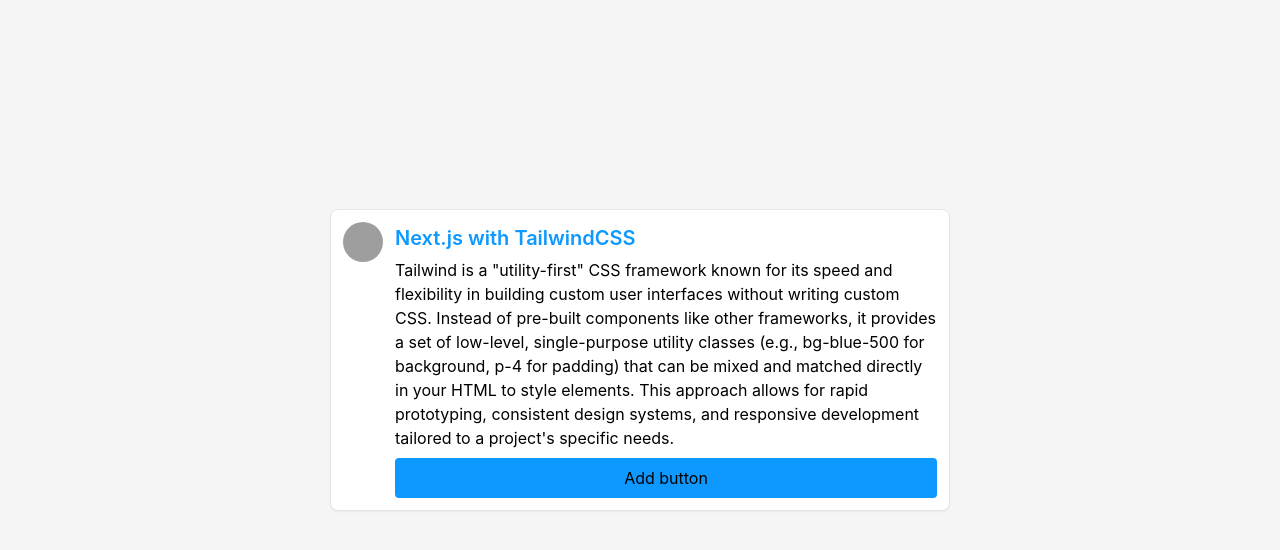
Repository: vignesh33654/resizablesidebar
Page: /
The author's editor kept a copy of each file at every save. The page is drawn from the files as they stood at one save, then again after a run of saves.
The browser window is 1280 px wide. The pictures show the whole page.
The project was rebuilt for these pictures with package versions that can differ from the ones it lists, and the page was loaded fresh each time.

Above is the page before, as saved 2025-11-11 10:07:21.

### index.html
<!doctype html>
<html lang="en">
  <head>
    <meta charset="UTF-8" />
    <link rel="icon" type="image/svg+xml" href="/vite.svg" />
    <meta name="viewport" content="width=device-width, initial-scale=1.0" />
    <title>ai-app</title>
  </head>
  <body>
    <div id="root"></div>
    <script type="module" src="/src/main.tsx"></script>
  </body>
</html>

### src/index.css
@import "tailwindcss";

@theme {

  --color-text-Primary: #37352f;
  --color-text-Secondary: #898986;
  --color-text-Tertiary: #acaba9;
  --color-text-Disabled: #d5d5d4;
  --color-text-white: #ffffff;

  /* Border Colors */
  --color-border-Primary: #e6e6e6;

  /* Background Colors */
  --color-Bg-0: #ffffff;
  --color-Bg-1: #f5f5f5;
  --color-Bg-2: #f1f0f1;

  /* Primitive Colors */
  --color-color-primary: #0d99ff;
  --color-color-success: #14ae5c;
  --color-color-failure: #f24822;
  --color-color-warning: #ffcd29;

  /* Font Sizes */
  --font-size-h1: 30px;
  --font-size-h2: 24px;
  --font-size-h3: 20px;
  --font-size-body-16: 16px;
  --font-size-body-14: 14px;
  --font-size-body-13: 13px;
  --font-size-small-12: 12px;
  --font-size-small-11: 11px;
  --font-size-small-10: 10px;

  /* Line Heights */
  --line-height-h1: 40px;
  --line-height-h2: 32px;
  --line-height-h3: 32px;
  --line-height-body: 24px;
  --line-height-small: 16px;

  /* Shadows */
  --shadow-sm: 0 1px 2px #0000000d;
  --shadow-md: 0 4px 6px #0000001a;
  --shadow-lg: 0 10px 15px #00000026;

}

/* default css styles */
:root {
  font-family: inter, system-ui;
  background-color: #ffffff;

  font-synthesis: none;
  text-rendering: optimizeLegibility;
  -webkit-font-smoothing: antialiased;
  -moz-osx-font-smoothing: grayscale;

   h1 {
    font-size: var(--font-size-h1);
    line-height: var(--line-height-h1);
    letter-spacing: -2.1%;
    font-weight: 600;
  }

  h2 {
    font-size: var(--font-size-h2);
    line-height: var(--line-height-h2);
    letter-spacing: -1.9%;
    font-weight: 600;
  }

  h3 {
    font-size: var(--font-size-h3);
    line-height: var(--line-height-h3);
    letter-spacing: -1.7%;
    font-weight: 600;
  }

  p {
    font-size: var(--font-size-body-16);
    line-height: var(--line-height-body);
    letter-spacing: -1.1%;
    font-weight: 400;
  }

  text-color {
    --primary: var(--color-text-Primary);
    --secondary: var(--color-text-Secondary);
   --tertiary: var(--color-text-Tertiary);
   --disabled: var(--color-text-Disabled);
   --white: var(--color-text-white);
  }

  bg-color {
    --bg0: var(--color-Bg-0);
    --bg1: var(--color-Bg-1);
    --bg2: var(--color-Bg-2);
  }

  primitive-color {
    --primary: var(--color-color-primary);
    --success: var(--color-color-success);
    --failure: var(--color-color-failure);
    --warning: var(--color-color-warning);
  }
  font-size {
    --h1: var(--font-size-h1);
    --h2: var(--font-size-h2);
    --h3: var(--font-size-h3);
    --body-16: var(--font-size-body-16);
    --body-14: var(--font-size-body-14);
    --body-13: var(--font-size-body-13);
    --small-12: var(--font-size-small-12);
    --small-11: var(--font-size-small-11);
    --small-10: var(--font-size-small-10);
  }

  border-color {
    --primary: var(--color-border-Primary);
  }
}

### src/App.tsx
const imgAvatar = "http://localhost:3845/assets/33bd599f3caa820c5ba115be2d1ef7b018f59693.svg";

export default function App() {
  return (
    <div className="min-h-screen bg-Bg-1 flex items-center justify-center p-8">
      <div className="bg-Bg-0 border border-border-Primary rounded-lg p-3 flex gap-3 max-w-[620px] shadow-sm">
        {/* Avatar */}
        <div className="shrink-0 w-10 h-10">
          <img
            alt="Avatar"
            className="w-full h-full rounded-full object-cover"
            src={imgAvatar}
          />
        </div>

        {/* Content */}
        <div className="flex flex-col gap-1">
          <h3 className="text-color-primary">
            Next.js with TailwindCSS
          </h3>

          <p className="text-color-secondary">
            Tailwind is a "utility-first" CSS framework known for its speed and flexibility in building custom user interfaces without writing custom CSS. Instead of pre-built components like other frameworks, it provides a set of low-level, single-purpose utility classes (e.g., bg-blue-500 for background, p-4 for padding) that can be mixed and matched directly in your HTML to style elements. This approach allows for rapid prototyping, consistent design systems, and responsive development tailored to a project's specific needs.
          </p>

          <button className="bg-color-primary text-color-white px-3 py-2 rounded text-font-size-body-14 leadingfont-normal mt-1 s">
          Add button
          </button>
        </div>
      </div>
    </div>
  )
}

Loaded but not shown: src/main.tsx (common file)

After the next 3 saves:
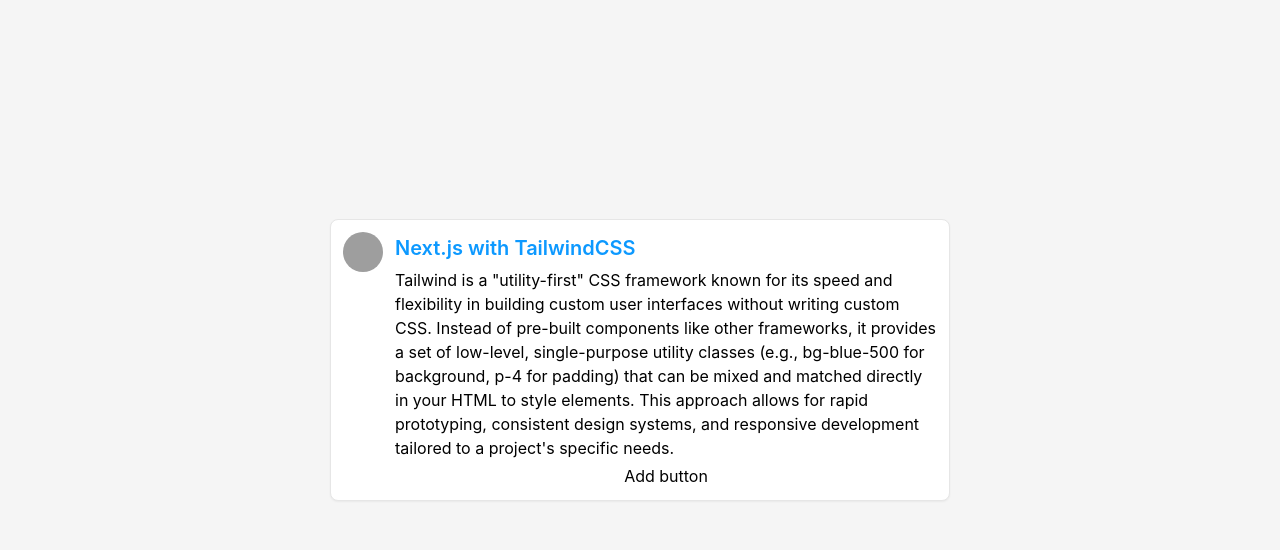
The 3 saves are shown as one change because they came seconds apart.
The last was saved 28 s later.
--- a/src/App.tsx
+++ b/src/App.tsx
@@ -23,7 +23,7 @@
             Tailwind is a "utility-first" CSS framework known for its speed and flexibility in building custom user interfaces without writing custom CSS. Instead of pre-built components like other frameworks, it provides a set of low-level, single-purpose utility classes (e.g., bg-blue-500 for background, p-4 for padding) that can be mixed and matched directly in your HTML to style elements. This approach allows for rapid prototyping, consistent design systems, and responsive development tailored to a project's specific needs.
           </p>
 
-          <button className="bg-color-primary text-color-white px-3 py-2 rounded text-font-size-body-14 leadingfont-normal mt-1 s">
+          <button className="font-size">
           Add button
           </button>
         </div>
